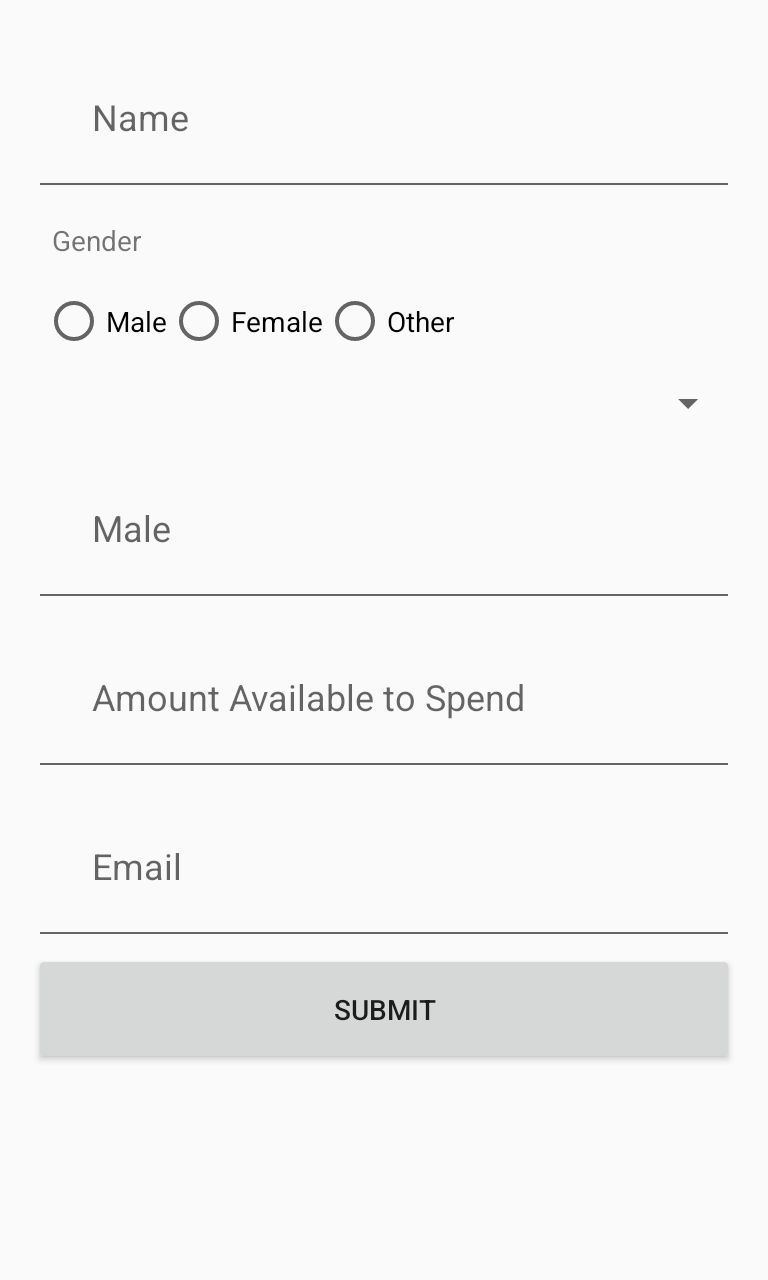
Repository: ThatCrazyIrishGuy/guiAndroidAssignment
Layout: ShoppingList/res/layout/activity_user_detail_form.xml
The author's editor kept a copy of each file at every save. The layout is drawn from the files as they stood at one save, then again after the next save.
It is drawn on a 768 x 1280 px phone screen (xhdpi) without system bars, with theme AppTheme; the app's code is not run.

Above is the layout before, as saved 2014-11-08 19:13:16.

### ShoppingList/res/layout/activity_user_detail_form.xml
<RelativeLayout xmlns:android="http://schemas.android.com/apk/res/android"
    xmlns:tools="http://schemas.android.com/tools"
    android:layout_width="match_parent"
    android:layout_height="match_parent"
    android:paddingBottom="@dimen/activity_vertical_margin"
    android:paddingLeft="@dimen/activity_horizontal_margin"
    android:paddingRight="@dimen/activity_horizontal_margin"
    android:paddingTop="@dimen/activity_vertical_margin"
    tools:context="ie.dit.britton.darren.shoppinglist.UserDetailForm" >

    <EditText
        android:id="@+id/name"
        android:hint="@string/name"
        android:layout_width="fill_parent"
        android:layout_height="wrap_content"
 		android:padding="30dp"
     />

     <TextView
        android:id="@+id/genderLabel"
        android:layout_below="@+id/name"
        android:layout_width="wrap_content"
        android:layout_height="wrap_content"
        android:text="@string/gender"
        android:padding="10dp"
     />

   	<RadioGroup
   	    android:id="@+id/gender"
  	    android:layout_below="@+id/genderLabel"
		android:orientation="horizontal"
		android:layout_width="fill_parent"
		android:layout_height="wrap_content"
		android:padding="5dp" >
		<RadioButton
			android:id="@+id/male"
			android:text="@string/male"
		/>
		<RadioButton
			android:id="@+id/female"
			android:text="@string/female"
		/>
		<RadioButton
			android:id="@+id/other"
			android:text="@string/other"
		/>
	</RadioGroup>

	<Spinner
    	android:id="@+id/job"
    	android:layout_below="@+id/gender"
    	android:layout_width="fill_parent"
    	android:layout_height="wrap_content"
 		android:padding="20dp"
    />

    <EditText
        android:id="@+id/age"
        android:hint="@string/age"
        android:layout_below="@+id/job"
        android:layout_width="fill_parent"
        android:layout_height="wrap_content"
        android:inputType="number"
        android:padding="30dp"
    />

   <EditText
        android:id="@+id/money"
        android:hint="@string/amountAvailableToSpend"
        android:layout_below="@+id/age"
        android:layout_width="fill_parent"
        android:layout_height="wrap_content"
        android:inputType="numberDecimal"
        android:padding="30dp"
    />

    <EditText
        android:id="@+id/email"
        android:hint="@string/email"
        android:layout_below="@+id/money"
        android:layout_width="fill_parent"
        android:layout_height="wrap_content"
        android:inputType="textEmailAddress"
        android:padding="30dp"
     />

     <Button
        android:layout_below="@+id/email"
        android:id="@+id/submit"
        android:layout_width="fill_parent"
        android:layout_height="wrap_content"
        android:text ="@string/submitButtonText"
        android:padding="20dp"
     />

</RelativeLayout>

### ShoppingList/res/values/strings.xml
<?xml version="1.0" encoding="utf-8"?>
<resources>

    <string name="app_name">ShoppingList</string>
    <string name="action_settings">Settings</string>
    <string name="name">Name</string>
    <string name="gender">Gender</string>
    <string name="male">Male</string>
    <string name="female">Female</string>
    <string name="other">Other</string>
    <string name="age">Male</string>
    <string name="amountAvailableToSpend">Amount Available to Spend</string>
    <string name="email">Email</string>
    <string name="submitButtonText">Submit</string>

    <string-array name="jobTitles">
    <item>Abattoir Worker</item>
    <item>Accountant</item>
    <item>Accountant - Chartered or Certified</item>
    <item>Accounts Staff</item>
    <item>Actor</item>
    <item>Actress</item>
    <item>Actuary</item>
    <item>Acupuncturist</item>
    <item>Administration Staff</item>
    <item>Advertising Staff</item>
    <item>Agricultural Contractor</item>
    <item>Agricultural Worker</item>
    <item>Air Force - Other Ranks</item>
    <item>Air Traffic Controller</item>
    <item>Aircraft Designer</item>
    <item>Airline Employee - Airport</item>
    <item>Ambulance Crew</item>
    <item>Ambulance Driver</item>
    <item>Amusement Arcade Worker</item>
    <item>Anaesthetist</item>
    <item>Animal Breeder</item>
    <item>Antique Dealer</item>
    <item>Arbitrator</item>
    <item>Archaeologist</item>
    <item>Architect</item>
    <item>Archivist</item>
    <item>Art Critic</item>
    <item>Art Dealer</item>
    <item>Artist</item>
    <item>Asphalter/Roadworker</item>
    <item>Assessor</item>
    <item>Astrologer</item>
    <item>Astronomer</item>
    <item>Au Pair</item>
    <item>Auctioneer</item>
    <item>Auditor</item>
    <item>Author</item>
    <item>Auto Electrician</item>
    <item>Bailiff</item>
    <item>Baker</item>
    <item>Bank Staff</item>
    <item>Bar Manager</item>
    <item>Bar Staff</item>
    <item>Barber</item>
    <item>Barrister</item>
    <item>Beautician</item>
    <item>Betting Shop Clerk</item>
    <item>Biochemist</item>
    <item>Biologist</item>
    <item>Blacksmith</item>
    <item>Blind Fitter</item>
    <item>Boat Builder</item>
    <item>Boiler Maker</item>
    <item>Book Seller</item>
    <item>Book-Keeper</item>
    <item>Botanist</item>
    <item>Brewery Worker</item>
    <item>Bricklayer</item>
    <item>Broadcaster</item>
    <item>Builder</item>
    <item>Builders Labourer</item>
    <item>Building Contractor</item>
    <item>Building Engineer</item>
    <item>Building Inspector</item>
    <item>Building Manager</item>
    <item>Building Surveyor</item>
    <item>Bus Company Employee</item>
    <item>Bus Conductor</item>
    <item>Bus Driver</item>
    <item>Business Analyst</item>
    <item>Business Consultant</item>
    <item>Butcher</item>
    <item>Butler</item>
    <item>Buyer</item>
    <item>Cabinet Maker</item>
    <item>Cameraman</item>
    <item>Car Builder</item>
    <item>Car Dealer</item>
    <item>Car Delivery Driver</item>
    <item>Car Park Attendant</item>
    <item>Car Salesman</item>
    <item>Car Valet</item>
    <item>Care Assistant</item>
    <item>Careers Advisor</item>
    <item>Caretaker</item>
    <item>Carpenter</item>
    <item>Carpet Fitter</item>
    <item>Cartographer</item>
    <item>Cashier</item>
    <item>Caterer</item>
    <item>Charity Worker</item>
    <item>Chartered Surveyor</item>
    <item>Chauffeur</item>
    <item>Chef</item>
    <item>Chemist</item>
    <item>Child Minder</item>
    <item>Childrens Entertainer</item>
    <item>Chimney Sweep</item>
    <item>Chiropodist</item>
    <item>Chiropractor</item>
    <item>Choreographer</item>
    <item>Cinema Assistant</item>
    <item>Civil Servant</item>
    <item>Claims/Loss Adjustor</item>
    <item>Classroom Aide</item>
    <item>Cleaner</item>
    <item>Clergyman</item>
    <item>Clerk</item>
    <item>Clock Maker</item>
    <item>Coach Builder</item>
    <item>Coach Driver</item>
    <item>Coal Merchant</item>
    <item>Coastguard</item>
    <item>Cobbler</item>
    <item>Commercial Artist</item>
    <item>Commercial Traveller</item>
    <item>Commissioned Officer</item>
    <item>Community Worker</item>
    <item>Company Secretary</item>
    <item>Complementary Therapist</item>
    <item>Composer</item>
    <item>Computer Analyst</item>
    <item>Computer Consultant</item>
    <item>Computer Programmer</item>
    <item>Computing</item>
    <item>Confectioner</item>
    <item>Conservationist</item>
    <item>Construction Worker</item>
    <item>Contractor</item>
    <item>Coppersmith</item>
    <item>Copywriter</item>
    <item>Coroner</item>
    <item>Council Worker</item>
    <item>Counsellor</item>
    <item>County Councillor</item>
    <item>Courier</item>
    <item>Court Officer</item>
    <item>Craftsman</item>
    <item>Crane Operator</item>
    <item>Credit Controller</item>
    <item>Croupier</item>
    <item>Curator</item>
    <item>Curtain Maker</item>
    <item>Customer Advisor</item>
    <item>Customs And Excise</item>
    <item>Dairy Worker</item>
    <item>Dance Teacher</item>
    <item>Dancer</item>
    <item>Dark Room Technician</item>
    <item>Debt Collector</item>
    <item>Decorator</item>
    <item>Delivery Courier</item>
    <item>Delivery Driver</item>
    <item>Demolition Worker</item>
    <item>Dental Assistant</item>
    <item>Dental Nurse</item>
    <item>Dental Surgeon</item>
    <item>Dental Technician</item>
    <item>Dentist</item>
    <item>Dermatologist</item>
    <item>Designer</item>
    <item>Diplomatic Staff - Foreign</item>
    <item>Diplomatic Staff - Republic Of Ireland</item>
    <item>Director - Performing Arts</item>
    <item>Director/Company Director</item>
    <item>Disc Jockey</item>
    <item>District Nurse</item>
    <item>Diver</item>
    <item>Dockyard Worker</item>
    <item>Doctor</item>
    <item>Dog Groomer</item>
    <item>Domestic Staff</item>
    <item>Door To Door Collector</item>
    <item>Doorman</item>
    <item>Double Glazing Fitter</item>
    <item>Double Glazing Salesman</item>
    <item>Draughtsman</item>
    <item>Dressmaker</item>
    <item>Driver</item>
    <item>Driving Examiner</item>
    <item>Driving Instructor</item>
    <item>Dry Cleaner</item>
    <item>Dustman</item>
    <item>Economist</item>
    <item>Editor</item>
    <item>Electrical Contractor</item>
    <item>Electrician</item>
    <item>Embalmer</item>
    <item>Embassy Staff</item>
    <item>Embassy Staff - Republic Of Ireland</item>
    <item>Energy Analyst</item>
    <item>Engineer</item>
    <item>Engineer (Motor)</item>
    <item>Engraver</item>
    <item>Entertainer</item>
    <item>Estate Agent</item>
    <item>Estimator</item>
    <item>Events Organiser</item>
    <item>Executive</item>
    <item>Exhibition Organiser</item>
    <item>Exotic Dancer</item>
    <item>Exporter</item>
    <item>Fabricator</item>
    <item>Factory Worker</item>
    <item>Fairground Worker</item>
    <item>Farmer</item>
    <item>Film Technician</item>
    <item>Financial Advisor</item>
    <item>Financial Analyst</item>
    <item>Fire Officer</item>
    <item>Fireman/Woman</item>
    <item>Firewood Merchant</item>
    <item>Fish Merchant</item>
    <item>Fisherman</item>
    <item>Fitness Instructor</item>
    <item>Fitter</item>
    <item>Fitter - Tyre/Exhaust</item>
    <item>Flight Deck Crew</item>
    <item>Floor Layer</item>
    <item>Florist</item>
    <item>Flower Arranger</item>
    <item>Flying Instructor</item>
    <item>Food Processor</item>
    <item>Foreman</item>
    <item>Forester</item>
    <item>Fork Lift Truck Driver</item>
    <item>Fruiterer</item>
    <item>Fuel Merchant</item>
    <item>Funeral Director</item>
    <item>Funeral Furnisher</item>
    <item>Furnace Man</item>
    <item>Furniture Dealer</item>
    <item>Furniture Remover</item>
    <item>Furniture Restorer</item>
    <item>Gamekeeper</item>
    <item>Gaming Club Manager</item>
    <item>Gaming Club Staff - Licensed Premises</item>
    <item>Gaming Club Staff - Unlicensed Premises</item>
    <item>Garage Manager</item>
    <item>Garda</item>
    <item>Gardener</item>
    <item>Gas Fitter</item>
    <item>Genealogist</item>
    <item>General Practitioner</item>
    <item>General Worker</item>
    <item>Geologist</item>
    <item>Geophysicist</item>
    <item>Glass Worker</item>
    <item>Glazier</item>
    <item>Goldsmith</item>
    <item>Graphic Designer</item>
    <item>Grave Digger</item>
    <item>Gravel Merchant</item>
    <item>Green Keeper</item>
    <item>Greengrocer</item>
    <item>Groundsman</item>
    <item>Guide</item>
    <item>Gynaecologist</item>
    <item>HGV Driver</item>
    <item>Hairdresser</item>
    <item>Hardware Dealer</item>
    <item>Haulage Contractor</item>
    <item>Hawker</item>
    <item>Health And Safety Consultant</item>
    <item>Health Planner</item>
    <item>Health Service Employee</item>
    <item>Hearing Therapist</item>
    <item>Heating/Ventilation Engineer</item>
    <item>Herbalist</item>
    <item>Hire Car Driver</item>
    <item>Historian</item>
    <item>Horse Dealer</item>
    <item>Horse Riding Instructor</item>
    <item>Horticulturalist</item>
    <item>Hospital Consultant</item>
    <item>Hospital Doctor</item>
    <item>Hospital Worker</item>
    <item>Hostess</item>
    <item>Hotel Worker</item>
    <item>Housing Assistant</item>
    <item>Housing Officer</item>
    <item>Hygienist</item>
    <item>Ice Cream Vendor</item>
    <item>Illustrator</item>
    <item>Immigration Officer</item>
    <item>Importer</item>
    <item>Industrial Chemist</item>
    <item>Industrial Designer</item>
    <item>Inland Revenue Officer</item>
    <item>Instrument Maker</item>
    <item>Insurance Assessor</item>
    <item>Insurance Inspector</item>
    <item>Insurance Staff</item>
    <item>Interior Decorator</item>
    <item>Interior Designer</item>
    <item>Interpreter</item>
    <item>Investigator</item>
    <item>Janitor</item>
    <item>Jeweller</item>
    <item>Jockey</item>
    <item>Joiner</item>
    <item>Journalist</item>
    <item>Judge</item>
    <item>Keep Fit Instructor</item>
    <item>Kitchen Worker</item>
    <item>Laboratory Operative</item>
    <item>Laboratory Technician</item>
    <item>Labourer</item>
    <item>Landlord</item>
    <item>Landscape Gardener</item>
    <item>Laundry Staff</item>
    <item>Lavatory Attendant</item>
    <item>Lawyer</item>
    <item>Leather Worker</item>
    <item>Lecturer</item>
    <item>Legal Assistant</item>
    <item>Legal Executive</item>
    <item>Legal Secretary</item>
    <item>Leisure Centre Attendant</item>
    <item>Librarian</item>
    <item>Lifeguard</item>
    <item>Lift Attendant</item>
    <item>Line Worker</item>
    <item>Linguist</item>
    <item>Literary Agent</item>
    <item>Local Government Officer</item>
    <item>Locksmith</item>
    <item>Lorry Driver</item>
    <item>Loss Adjustor</item>
    <item>Loss Assessor</item>
    <item>Machine Technician</item>
    <item>Machinist</item>
    <item>Maintenance Staff</item>
    <item>Make Up Artist</item>
    <item>Manager</item>
    <item>Manicurist</item>
    <item>Marine Pilot</item>
    <item>Market Gardener</item>
    <item>Market Researcher</item>
    <item>Market Trader</item>
    <item>Marketing Executive</item>
    <item>Masseuse</item>
    <item>Mathematician</item>
    <item>Mechanic</item>
    <item>Medical Advisor</item>
    <item>Medical Practitioner</item>
    <item>Medical Secretary</item>
    <item>Merchant</item>
    <item>Metal Dealer</item>
    <item>Metal Worker</item>
    <item>Meteorologist</item>
    <item>Meter Reader</item>
    <item>Microbiologist</item>
    <item>Midwife</item>
    <item>Milkman</item>
    <item>Mill Worker</item>
    <item>Miner</item>
    <item>Mineralologist</item>
    <item>Minister Of Religion</item>
    <item>Mobile Caterer</item>
    <item>Mobile Disc Jockey</item>
    <item>Model</item>
    <item>Mortgage Broker</item>
    <item>Mortician</item>
    <item>Motor Mechanic</item>
    <item>Motor Racing Organiser</item>
    <item>Motor Trader</item>
    <item>Music Teacher</item>
    <item>Musician</item>
    <item>Nanny</item>
    <item>Navigator</item>
    <item>Negotiator</item>
    <item>Neurologist</item>
    <item>Newsagent</item>
    <item>Night Watchman</item>
    <item>Nun</item>
    <item>Nurse</item>
    <item>Nursery Worker</item>
    <item>Nutritionist</item>
    <item>Occupational Therapist</item>
    <item>Oculist</item>
    <item>Oil Rig Crew</item>
    <item>Optical Assistant</item>
    <item>Optician</item>
    <item>Organist</item>
    <item>Osteopath</item>
    <item>Painter And Decorator</item>
    <item>Panel Beater</item>
    <item>Paramedic</item>
    <item>Park Attendant</item>
    <item>Park Keeper</item>
    <item>Party Planner</item>
    <item>Pathologist</item>
    <item>Pawnbroker</item>
    <item>Personal Assistant</item>
    <item>Personnel Officer</item>
    <item>Pest Controller</item>
    <item>Petrol Station Attendant</item>
    <item>Pharmaceutical Assistant</item>
    <item>Pharmacist</item>
    <item>Photo Engraver</item>
    <item>Photographer - Location</item>
    <item>Photographer - Studio</item>
    <item>Physicist</item>
    <item>Physiologist</item>
    <item>Physiotherapist</item>
    <item>Picker</item>
    <item>Picture Framer</item>
    <item>Pilot</item>
    <item>Pipe Fitter</item>
    <item>Pipe Layer</item>
    <item>Planning Officer</item>
    <item>Plant Driver</item>
    <item>Plant Operator</item>
    <item>Plasterer</item>
    <item>Plumber</item>
    <item>Polisher</item>
    <item>Pool Attendant</item>
    <item>Porter</item>
    <item>Postman/Woman</item>
    <item>Priest</item>
    <item>Printer</item>
    <item>Prison Officer</item>
    <item>Probation Officer</item>
    <item>Producer</item>
    <item>Professor</item>
    <item>Projectionist</item>
    <item>Proof Reader</item>
    <item>Property Buyer</item>
    <item>Property Dealer</item>
    <item>Property Developer</item>
    <item>Property Valuer</item>
    <item>Psychiatrist</item>
    <item>Psychologist</item>
    <item>Psychotherapist</item>
    <item>Public Relations Officer</item>
    <item>Publican</item>
    <item>Publisher</item>
    <item>Purchasing Assistant</item>
    <item>Quality Controller</item>
    <item>Quality Inspector</item>
    <item>Quantity Surveyor</item>
    <item>Quarry Worker</item>
    <item>Rabbi</item>
    <item>Radio Presenter</item>
    <item>Radio Producer</item>
    <item>Radiographer</item>
    <item>Radiologist</item>
    <item>Railway Staff</item>
    <item>Receptionist</item>
    <item>Rector</item>
    <item>Reflexologist</item>
    <item>Refuse Collector</item>
    <item>Registrar</item>
    <item>Reporter</item>
    <item>Researcher</item>
    <item>Restaurateur</item>
    <item>Restorer</item>
    <item>Revenue Officer</item>
    <item>Road Sweeper</item>
    <item>Road Worker</item>
    <item>Roofer</item>
    <item>Safety Officer</item>
    <item>Sales Representative</item>
    <item>Sales Support</item>
    <item>Salesman</item>
    <item>Sand Blaster</item>
    <item>Scaffolder</item>
    <item>School Crossing Warden</item>
    <item>Scientist</item>
    <item>Scrap Dealer</item>
    <item>Screen Writer</item>
    <item>Script Writer</item>
    <item>Sculptor</item>
    <item>Seaman</item>
    <item>Secretary And PA</item>
    <item>Security Guard</item>
    <item>Servant</item>
    <item>Sheet Metal Worker</item>
    <item>Sheriff</item>
    <item>Ship Builder</item>
    <item>Shoe Repairer</item>
    <item>Shooting Instructor</item>
    <item>Shop Assistant</item>
    <item>Shop Fitter</item>
    <item>Shop Keeper</item>
    <item>Social Worker</item>
    <item>Soldier</item>
    <item>Solicitor</item>
    <item>Song Writer</item>
    <item>Speech Therapist</item>
    <item>Sports Centre Attendant</item>
    <item>Sports Coach</item>
    <item>Sportsman</item>
    <item>Stable Hand</item>
    <item>Statistician</item>
    <item>Steel Worker</item>
    <item>Steeplejack</item>
    <item>Stenographer</item>
    <item>Stock Controller</item>
    <item>Stockbroker</item>
    <item>Stockman</item>
    <item>Stonemason</item>
    <item>Storeman/Woman</item>
    <item>Street Entertainer</item>
    <item>Street Trader</item>
    <item>Student Teacher</item>
    <item>Supervisor</item>
    <item>Surgeon</item>
    <item>Surveyor</item>
    <item>Surveyor - Chartered</item>
    <item>Systems Analyst</item>
    <item>Tailor</item>
    <item>Tax Consultant</item>
    <item>Tax Inspector</item>
    <item>Taxi Driver</item>
    <item>Taxidermist</item>
    <item>Teacher</item>
    <item>Teachers Assistant</item>
    <item>Telephonist</item>
    <item>Telesales Person</item>
    <item>Television Presenter</item>
    <item>Textile Worker</item>
    <item>Thatcher</item>
    <item>Theatrical Agent</item>
    <item>Therapist</item>
    <item>Ticket Inspector</item>
    <item>Tiler</item>
    <item>Tobacconist</item>
    <item>Tool Maker</item>
    <item>Town Planner</item>
    <item>Toy Maker</item>
    <item>Tractor Driver</item>
    <item>Trade Union Official</item>
    <item>Traffic Warden</item>
    <item>Train Driver</item>
    <item>Trainer</item>
    <item>Trainer - Animal</item>
    <item>Training Officer</item>
    <item>Translator</item>
    <item>Transport Controller</item>
    <item>Transport Officer</item>
    <item>Travel Agent</item>
    <item>Travel Consultant</item>
    <item>Travel Courier</item>
    <item>Treasurer</item>
    <item>Tree Surgeon</item>
    <item>Trinity House Pilot</item>
    <item>Turf Accountant</item>
    <item>Tutor</item>
    <item>Typist</item>
    <item>Undertaker</item>
    <item>Underwriter</item>
    <item>Upholsterer</item>
    <item>Usher</item>
    <item>Valuer</item>
    <item>Vehicle Assessor</item>
    <item>Vehicle Body Worker</item>
    <item>Veterinary Surgeon</item>
    <item>Vicar</item>
    <item>Voluntary Worker</item>
    <item>Waiter</item>
    <item>Warehouseman/Woman</item>
    <item>Waste Dealer</item>
    <item>Watchmaker</item>
    <item>Welder</item>
    <item>Welfare Officer</item>
    <item>Welfare Rights Officer</item>
    <item>Wheel Clamper</item>
    <item>Window Cleaner</item>
    <item>Window Dresser</item>
    <item>Windscreen Fitter</item>
    <item>Wine Merchant</item>
    <item>Wood Worker</item>
    <item>Writer</item>
    <item>Youth Hostel Warden</item>
    <item>Youth Worker</item>
    <item>Zoo Keeper</item>
    <item>Zoologist</item>
</string-array>

</resources>

Loaded but not shown: ShoppingList/res/values/styles.xml (common file); ShoppingList/res/values-v11/styles.xml (common file); ShoppingList/res/values-v14/styles.xml (common file); ShoppingList/res/values/dimens.xml (common file); ShoppingList/res/values-w820dp/dimens.xml (common file)

After the next save:
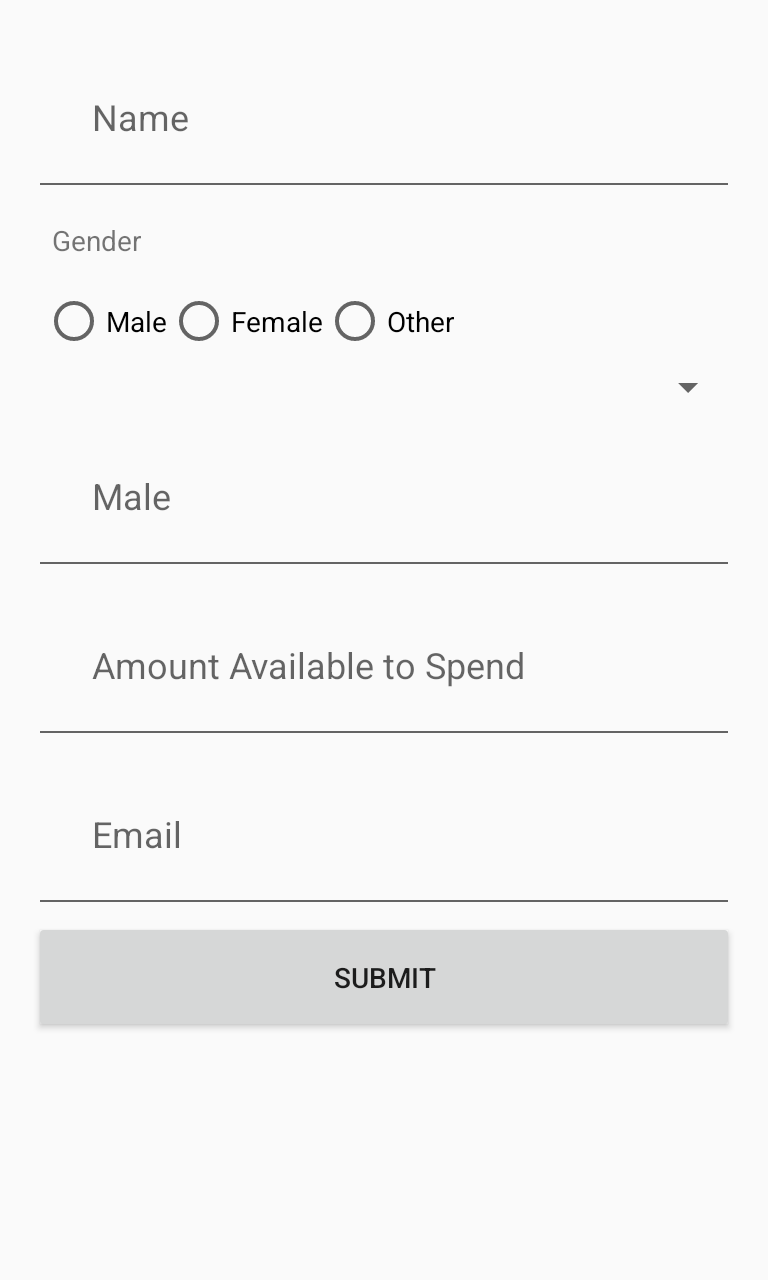
Saved 21 s later.
--- a/ShoppingList/res/layout/activity_user_detail_form.xml
+++ b/ShoppingList/res/layout/activity_user_detail_form.xml
@@ -51,7 +51,7 @@
     	android:layout_below="@+id/gender"
     	android:layout_width="fill_parent"
     	android:layout_height="wrap_content"
- 		android:padding="20dp"
+ 		android:margin="30dp"
     />
 
     <EditText
